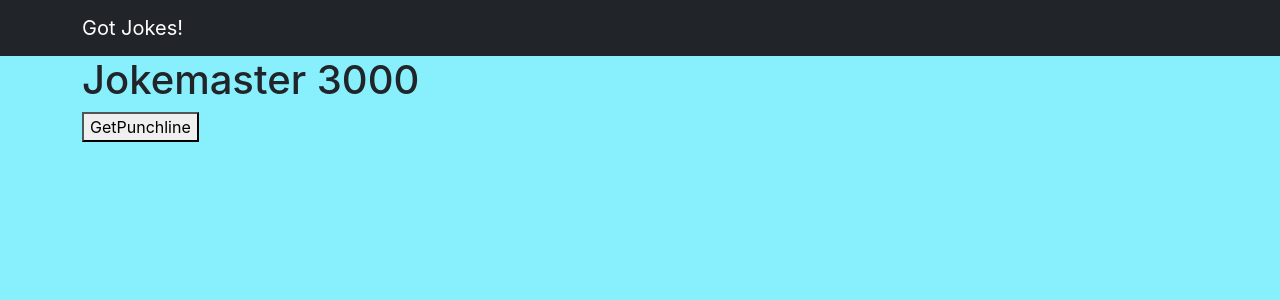
Repository: jontslater/LAB-joke-generator-react
Page: /
An editor plug-in stored every save of this project. The page is shown before and after a run of saves, followed by the edit.
The browser window is 1280 px wide. The pictures show the whole page.
The project was rebuilt for these pictures with package versions that can differ from the ones it lists, and the page was loaded fresh each time. The framework's server and built-in components were replaced by stand-ins that run in the browser. Also part of the build but not shown: next.config.js.

Above is the page before, as saved 2024-01-12 16:57:56.

After the next 2 saves:
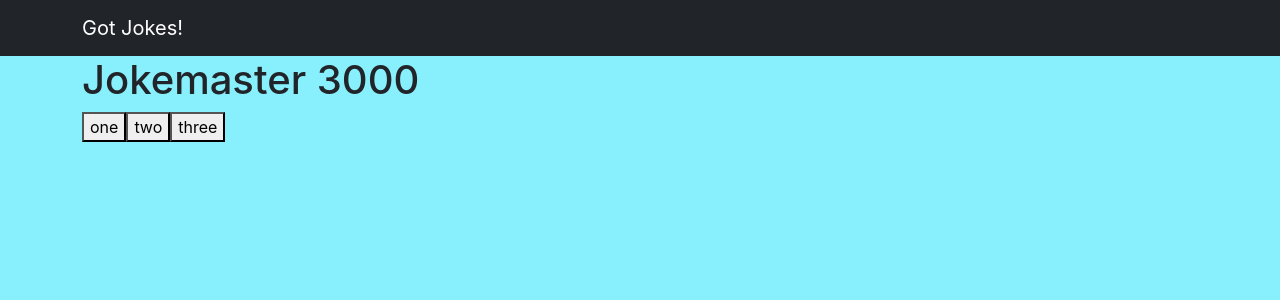
The 2 saves are shown as one change because 1 did not build or start.
The last was saved 8 min 23 s later.
--- a/components/Jokes.js
+++ b/components/Jokes.js
@@ -15,28 +15,11 @@ function Jokes() {
   return (
     <>
       <h1>Jokemaster 3000</h1>
-      <div>
-        {active === 'FirstCard' && (
-        <button
-          type="button"
-          title="1"
-          onClick={setActive('SecondCard')}
-        > Get Joke
-        </button>
-        )}
-        {jokes.setup}
-      </div>
-      <div>
-        {active === 'SecondCard' && (
-        <button
-          type="button"
-          title="2"
-          onClick={(getJokes)}
-        > GetPunchline
-        </button>
-        )}
-        {jokes.delivery}
-      </div>
+      <nav>
+        <button onClick={() => setActive('FirstCard')}>one</button>
+        <button onClick={() => setActive('FirstCard')}>two</button>
+        <button type="button" onClick={() => setActive('FirstCard')}>three</button>
+      </nav>
     </>
   );
 }
